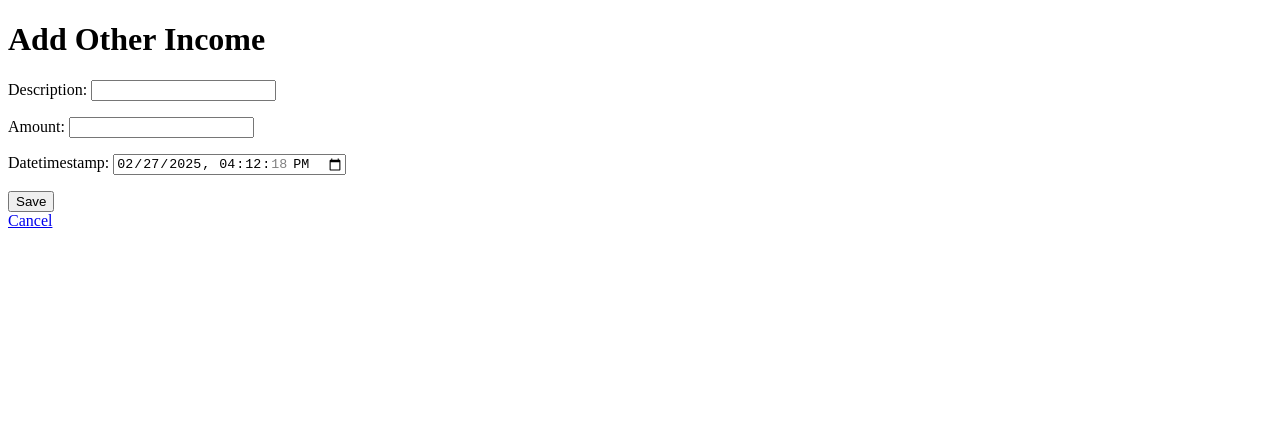
Repository: Jijiluzana225/lugawan_pitlane
Page: http://localhost/other-income/add/
The author's editor kept a copy of each file at every save. The page is drawn from the files as they stood at one save, then again after the next save.
The browser window is 1280 px wide. The pictures show the whole page.
The page is served by the project's application, run on Django 5.2 (manage.py).

Above is the page before, as saved 2025-03-07 09:23:50.

After the next save:
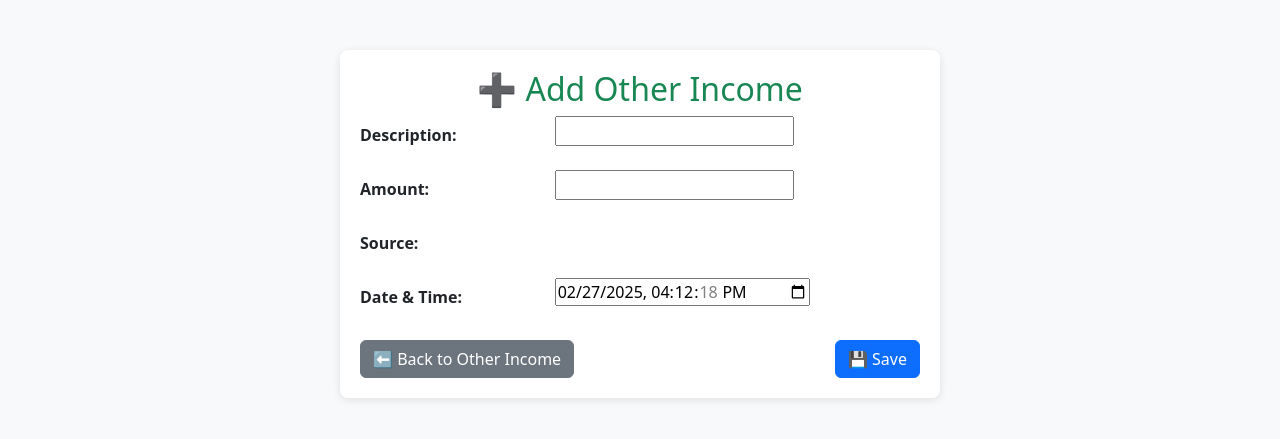
Saved 66 s later.
--- a/pos/templates/pos/other_income_form.html
+++ b/pos/templates/pos/other_income_form.html
@@ -1,17 +1,76 @@
 <!DOCTYPE html>
 <html lang="en">
 <head>
-    <title>Other Income Form</title>
+    <meta charset="UTF-8">
+    <meta name="viewport" content="width=device-width, initial-scale=1.0">
+    <title>{% if form.instance.id %}Edit Other Income{% else %}Add Other Income{% endif %} - Lugaw Cafe</title>
+
+    <!-- Bootstrap CSS -->
+    <link href="https://cdnjs.cloudflare.com/ajax/libs/bootstrap/5.3.0/css/bootstrap.min.css" rel="stylesheet">
+
+    <!-- Custom Styles -->
+    <style>
+        body {
+            background-color: #f8f9fa;
+        }
+        .form-container {
+            max-width: 600px;
+            margin: 50px auto;
+            padding: 20px;
+            background: #ffffff;
+            border-radius: 8px;
+            box-shadow: 0 2px 8px rgba(0, 0, 0, 0.1);
+        }
+    </style>
 </head>
 <body>
-    <h1>{% if form.instance.id %}Edit Other Income{% else %}Add Other Income{% endif %}</h1>
 
-    <form method="post">
-        {% csrf_token %}
-        {{ form.as_p }}
-        <button type="submit">Save</button>
-    </form>
+<div class="container">
+    <div class="form-container">
+        <h2 class="text-center {% if form.instance.id %}text-warning{% else %}text-success{% endif %}">
+            {% if form.instance.id %}✏️ Edit Other Income{% else %}➕ Add Other Income{% endif %}
+        </h2>
 
-    <a href="{% url 'other_income_list' %}">Cancel</a>
+        <form method="post">
+            {% csrf_token %}
+            <div class="row mb-3">
+                <label for="id_description" class="col-sm-4 col-form-label fw-bold">Description:</label>
+                <div class="col-sm-8">
+                    {{ form.description }}
+                </div>
+            </div>
+            <div class="row mb-3">
+                <label for="id_amount" class="col-sm-4 col-form-label fw-bold">Amount:</label>
+                <div class="col-sm-8">
+                    {{ form.amount }}
+                </div>
+            </div>
+            <div class="row mb-3">
+                <label for="id_source" class="col-sm-4 col-form-label fw-bold">Source:</label>
+                <div class="col-sm-8">
+                    {{ form.source }}
+                </div>
+            </div>
+            <div class="row mb-3">
+                <label for="id_datetimestamp" class="col-sm-4 col-form-label fw-bold">Date & Time:</label>
+                <div class="col-sm-8">
+                    {{ form.datetimestamp }}
+                </div>
+            </div>
+            <div class="d-flex justify-content-between mt-4">
+                <a href="{% url 'other_income_list' %}" class="btn btn-secondary">
+                    ⬅️ Back to Other Income
+                </a>
+                <button type="submit" class="btn btn-primary">
+                    💾 Save
+                </button>
+            </div>
+        </form>
+    </div>
+</div>
+
+<!-- Bootstrap JS (optional) -->
+<script src="https://cdnjs.cloudflare.com/ajax/libs/bootstrap/5.3.0/js/bootstrap.bundle.min.js"></script>
+
 </body>
 </html>
